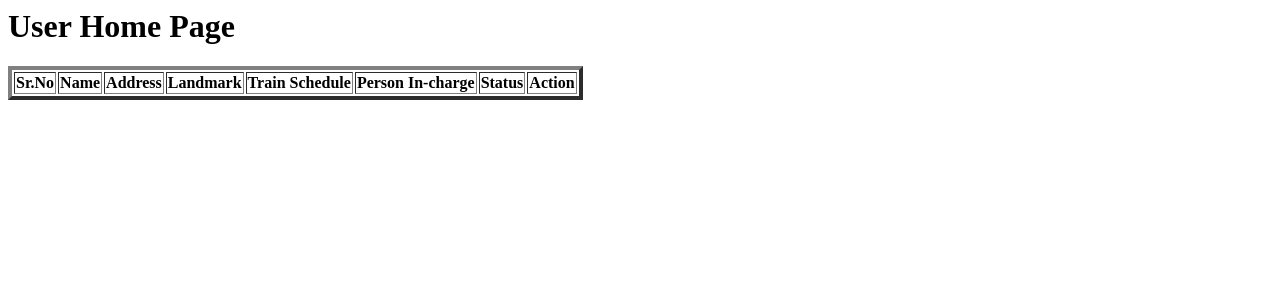
Repository: chinthaginjalabhuvan/Java
Page: http://localhost/RailwayCrossingProject/AdminHome.jsp
The author's editor kept a copy of each file at every save. The page is drawn from the files as they stood at one save, then again after the next save.
The browser window is 1280 px wide. The pictures show the whole page.
The page is served by Tomcat 9. Queries for data that is not in the repository find no rows.

Above is the page before, as saved 2025-06-06 09:20:43.

After the next save:
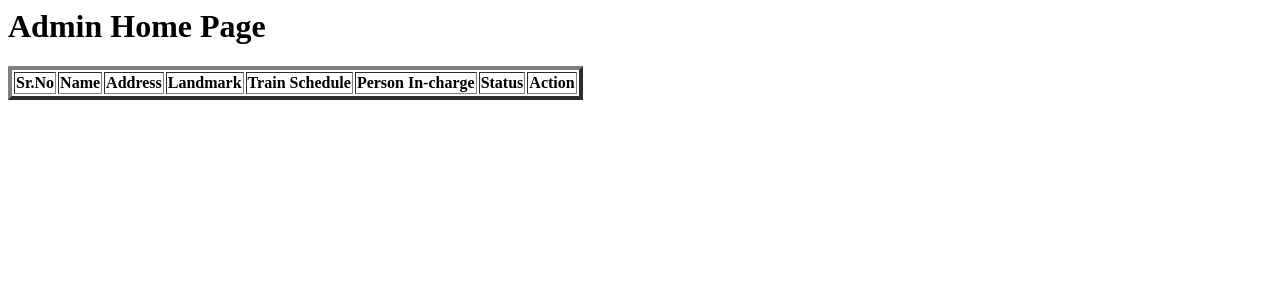
Saved 17 s later.
--- a/RailwayCrossingProject/src/main/webapp/AdminHome.jsp
+++ b/RailwayCrossingProject/src/main/webapp/AdminHome.jsp
@@ -18,7 +18,7 @@
 
 	<body>
 
-		<h1>User Home Page</h1>
+		<h1>Admin Home Page</h1>
 		<%
 		int i=1;
 		ArrayList<RailwayCrossingBean> all=RailwayCrossingDao.selectAll();%>
